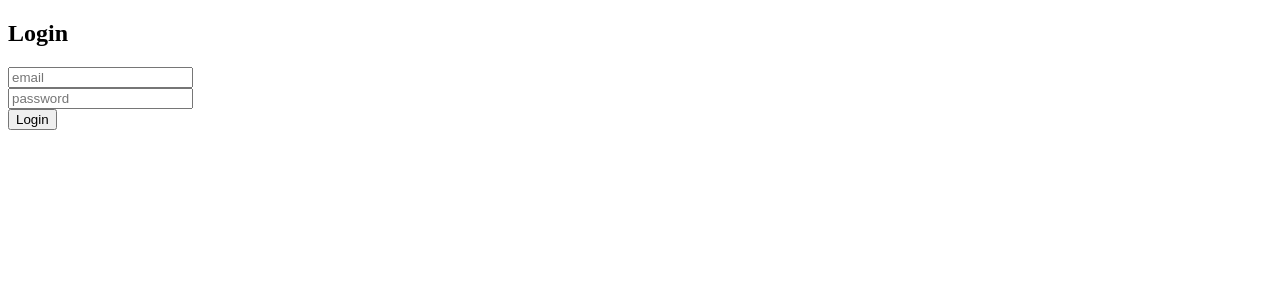
Repository: xqill275/AshChat
Page: public/login.html
These files come from the project's save history. The page is drawn as it stood at one moment and after the next save; the edit follows.
The browser window is 1280 px wide. The pictures show the whole page.

Above is the page before, as saved 2026-02-11 19:08:38.

After the next save:
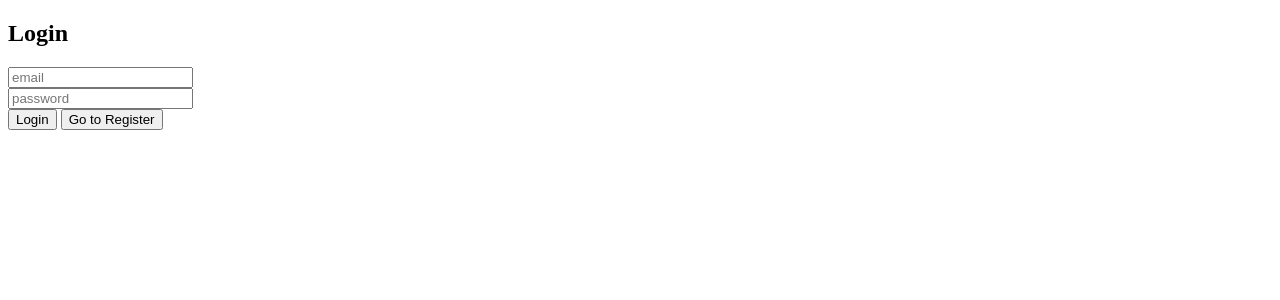
Saved 62 s later.
--- a/public/login.html
+++ b/public/login.html
@@ -5,6 +5,7 @@
     <input id="email" placeholder="email" /><br />
     <input id="password" type="password" placeholder="password" /><br />
     <button id="btn">Login</button>
+    <button id="reg">Go to Register</button>
     <pre id="out"></pre>
 
     <script>
